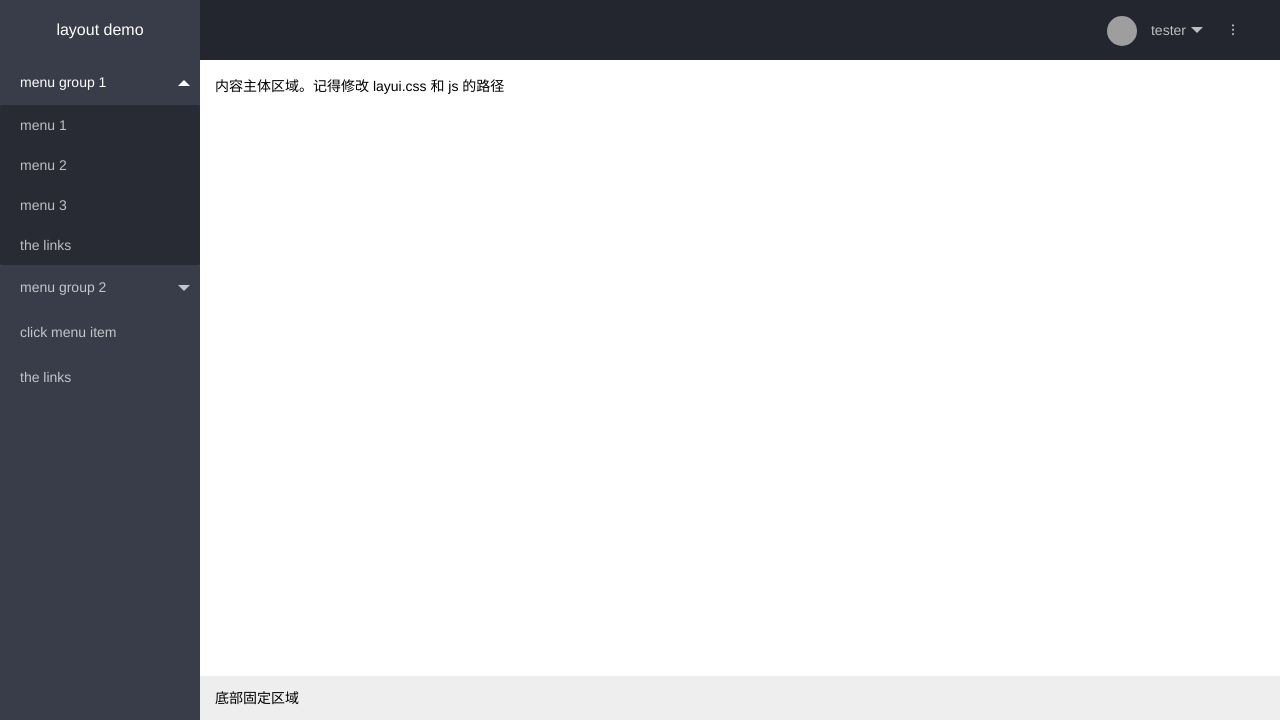
Repository: R1Deemo/Main-project
Page: index.html
The author's editor kept a copy of each file at every save. The page is drawn from the files as they stood at one save, then again after the next save.
The browser window is 1280 px wide. The pictures show the whole page.
Pictures or frames that could not be fetched are drawn as grey boxes.

Above is the page before, as saved 2022-10-30 16:18:16.

### index.html
<!DOCTYPE html>
<html>

<head>
    <meta charset="utf-8">
    <meta name="viewport" content="width=device-width, initial-scale=1, maximum-scale=1">
    <title>layout 管理系统大布局 - Layui</title>
    <link rel="stylesheet" href="/assets/lib/layui/css/layui.css">
</head>

<body>
    <div class="layui-layout layui-layout-admin">
        <div class="layui-header">
            <div class="layui-logo layui-hide-xs layui-bg-black">layout demo</div>
            <!-- 头部区域（可配合layui 已有的水平导航） -->
            <ul class="layui-nav layui-layout-left">
                <!-- 移动端显示 -->
                <li class="layui-nav-item layui-show-xs-inline-block layui-hide-sm" lay-header-event="menuLeft">
                    <i class="layui-icon layui-icon-spread-left"></i>
                </li>


                <li class="layui-nav-item">

                    <dl class="layui-nav-child">
                        <dd><a href="">menu 11</a></dd>
                        <dd><a href="">menu 22</a></dd>
                        <dd><a href="">menu 33</a></dd>
                    </dl>
                </li>
            </ul>
            <ul class="layui-nav layui-layout-right">
                <li class="layui-nav-item layui-hide layui-show-md-inline-block">
                    <a href="javascript:;">
                        <img src="//tva1.sinaimg.cn/crop.0.0.118.118.180/5db11ff4gw1e77d3nqrv8j203b03cweg.jpg" class="layui-nav-img"> tester
                    </a>
                    <dl class="layui-nav-child">
                        <dd><a href="">Your Profile</a></dd>
                        <dd><a href="">Settings</a></dd>
                        <dd><a href="">Sign out</a></dd>
                    </dl>
                </li>
                <li class="layui-nav-item" lay-header-event="menuRight" lay-unselect>
                    <a href="javascript:;">
                        <i class="layui-icon layui-icon-more-vertical"></i>
                    </a>
                </li>
            </ul>
        </div>

        <div class="layui-side layui-bg-black">
            <div class="layui-side-scroll">
                <!-- 左侧导航区域（可配合layui已有的垂直导航） -->
                <ul class="layui-nav layui-nav-tree" lay-filter="test">
                    <li class="layui-nav-item layui-nav-itemed">
                        <a class="" href="javascript:;">menu group 1</a>
                        <dl class="layui-nav-child">
                            <dd><a href="javascript:;">menu 1</a></dd>
                            <dd><a href="javascript:;">menu 2</a></dd>
                            <dd><a href="javascript:;">menu 3</a></dd>
                            <dd><a href="">the links</a></dd>
                        </dl>
                    </li>
                    <li class="layui-nav-item">
                        <a href="javascript:;">menu group 2</a>
                        <dl class="layui-nav-child">
                            <dd><a href="javascript:;">list 1</a></dd>
                            <dd><a href="javascript:;">list 2</a></dd>
                            <dd><a href="">超链接</a></dd>
                        </dl>
                    </li>
                    <li class="layui-nav-item"><a href="javascript:;">click menu item</a></li>
                    <li class="layui-nav-item"><a href="">the links</a></li>
                </ul>
            </div>
        </div>

        <div class="layui-body">
            <!-- 内容主体区域 -->
            <div style="padding: 15px;">内容主体区域。记得修改 layui.css 和 js 的路径</div>
        </div>

        <div class="layui-footer">
            <!-- 底部固定区域 -->
            底部固定区域
        </div>
    </div>
    <script src="/assets/lib/layui/layui.all.js"></script>

</body>

</html>

Loaded but not shown: assets/lib/layui/css/layui.css (library); assets/lib/layui/layui.all.js (library); assets/lib/layui/css/modules/laydate/default/laydate.css (library); assets/lib/layui/css/modules/layer/default/layer.css (library); assets/lib/layui/css/modules/code.css (common file)

After the next save:
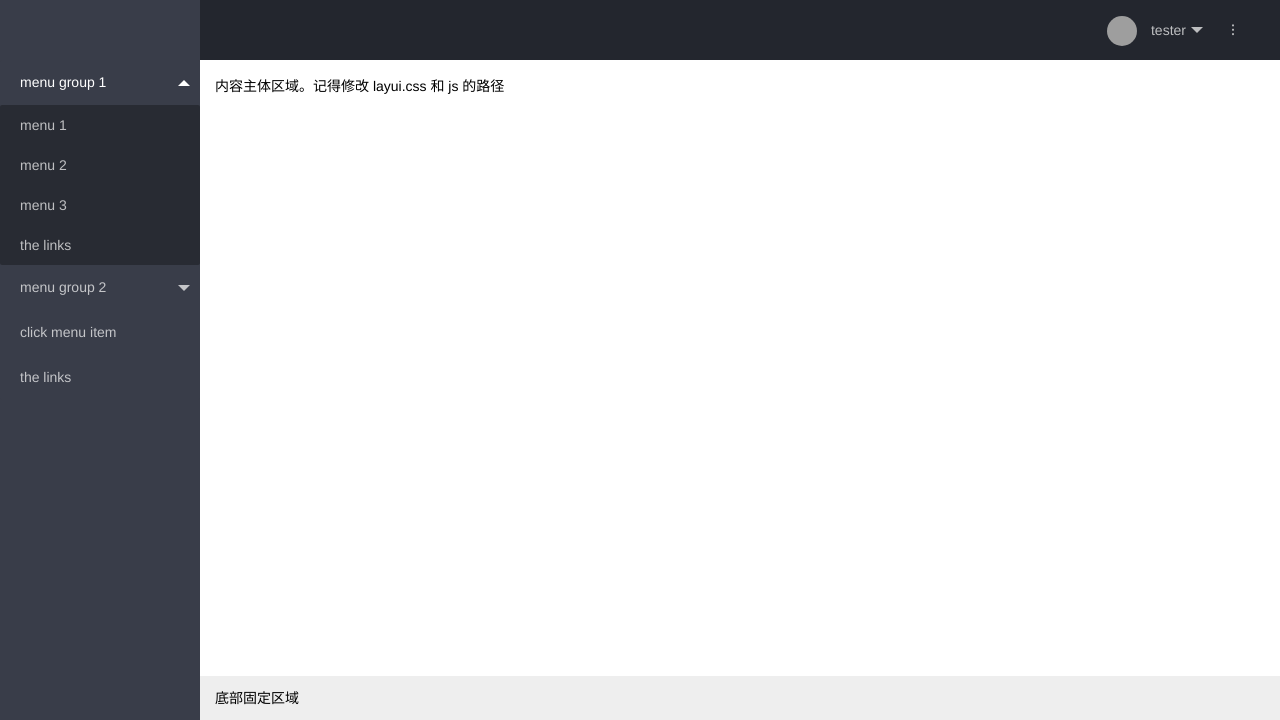
Saved 50 min 51 s later.
--- a/index.html
+++ b/index.html
@@ -11,7 +11,7 @@
 <body>
     <div class="layui-layout layui-layout-admin">
         <div class="layui-header">
-            <div class="layui-logo layui-hide-xs layui-bg-black">layout demo</div>
+            <div class="layui-logo layui-hide-xs layui-bg-black" id="logo"></div>
             <!-- 头部区域（可配合layui 已有的水平导航） -->
             <ul class="layui-nav layui-layout-left">
                 <!-- 移动端显示 -->
